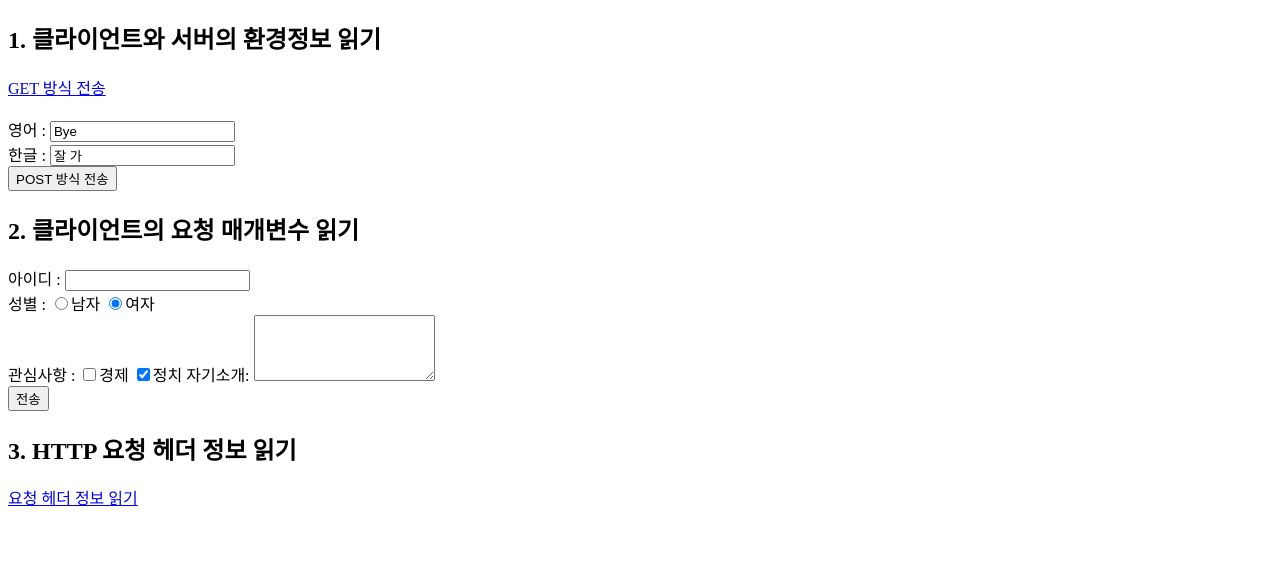
Repository: Jadedvst/JSP-Servlet
Page: http://localhost/MustHaveJSP/02ImplicitObject/RequestMain.jsp
The author's editor kept a copy of each file at every save. The page is drawn from the files as they stood at one save, then again after the next save.
The browser window is 1280 px wide. The pictures show the whole page.
The page is served by Tomcat 9.

Above is the page before, as saved 2023-12-11 02:34:15.

After the next save:
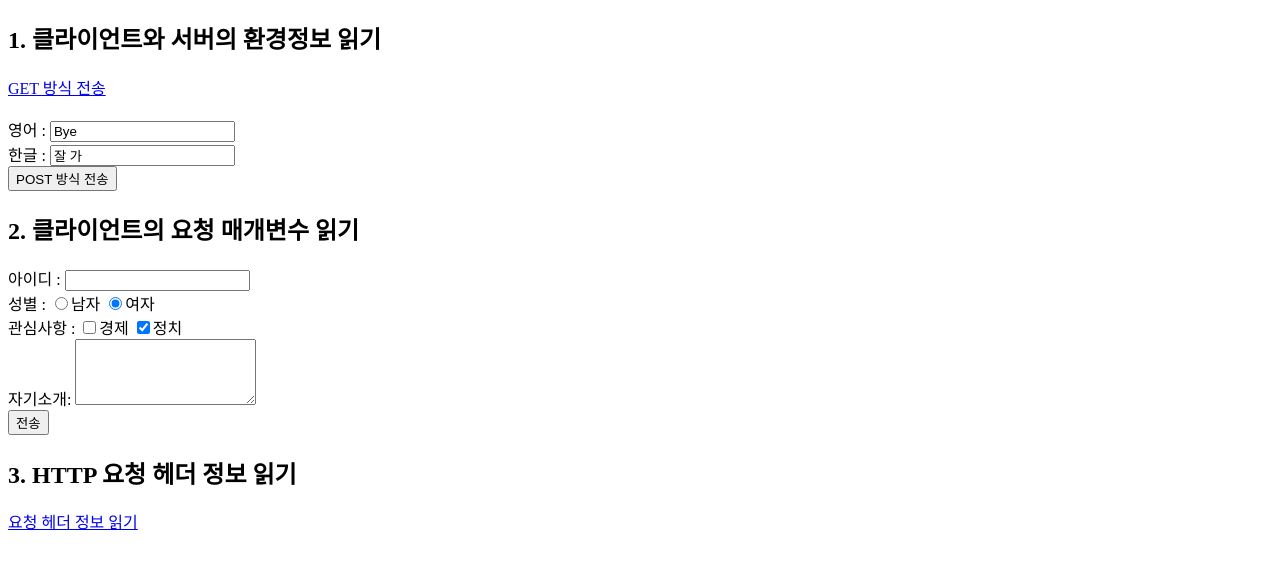
Saved 47 s later.
--- a/MustHaveJSP/src/main/webapp/02ImplicitObject/RequestMain.jsp
+++ b/MustHaveJSP/src/main/webapp/02ImplicitObject/RequestMain.jsp
@@ -28,7 +28,7 @@
 		<br/>
 		관심사항 :
 		<input type="checkbox" name="favo" value="eco" />경제
-		<input type="checkbox" name="favo" value="pol" checked="checked" />정치
+		<input type="checkbox" name="favo" value="pol" checked="checked" />정치<br/>
 		자기소개:
 		<textarea name="intro" cols="20" rows="4"></textarea>
 		<br/>
